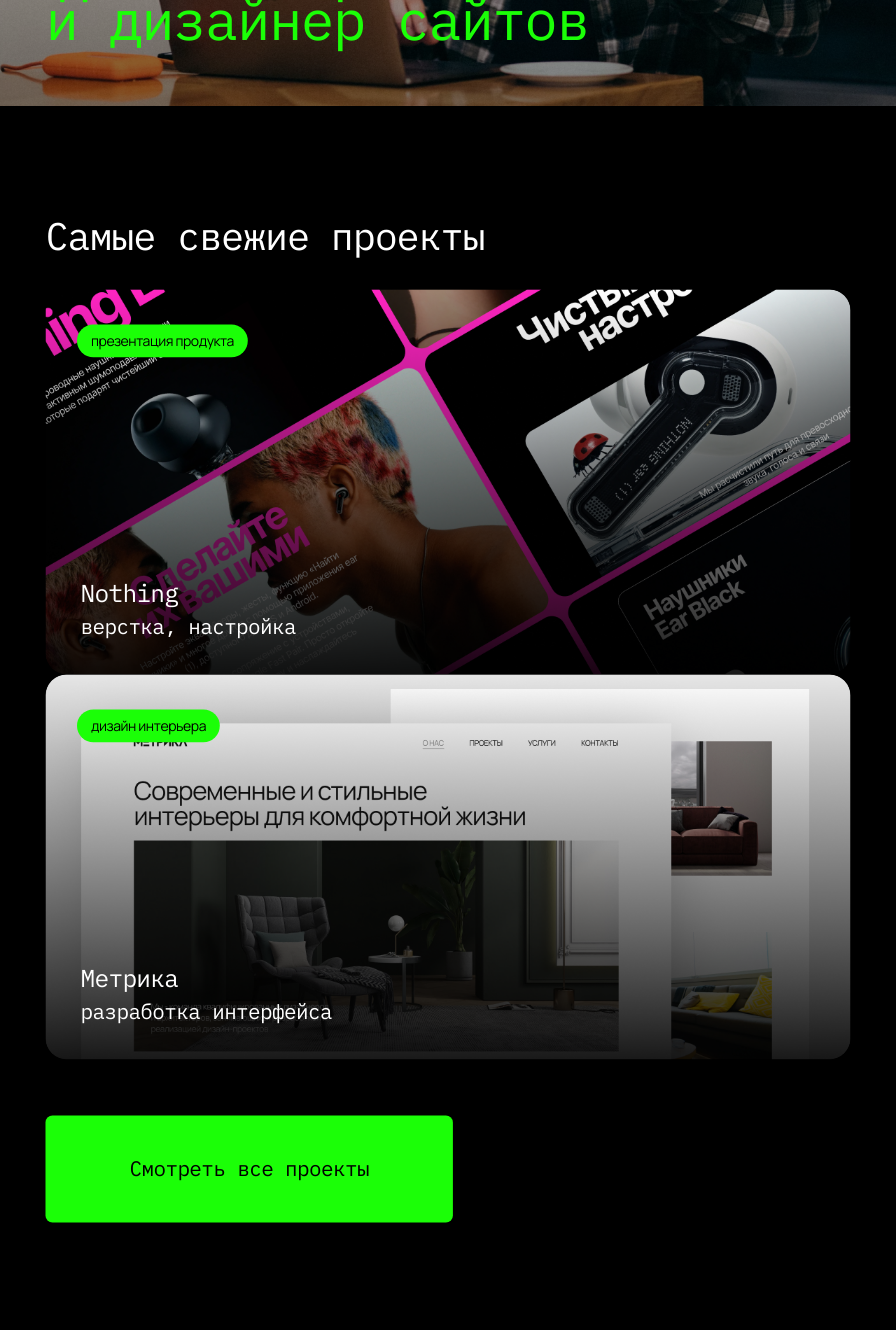
Repository: Huseynov98/portfolio-site
Page: index.html
These files come from the project's save history. The page is drawn as it stood at one moment and after the next save; the edit follows.
The browser window is 1280 px wide. The pictures show the part of the page from y = 568 to 2468 px (the page is 6377 px tall before and 6927 px after), at 70% of full size.
A picture or video elsewhere on the page could not be fetched, so the positions and the page height are approximate.

Above is the page before, as saved 2023-06-24 14:27:12.

### index.html
<!DOCTYPE html>
<html lang="en">
  <head>
    <meta charset="UTF-8" />
    <meta http-equiv="X-UA-Compatible" content="IE=edge" />
    <meta name="viewport" content="width=device-width, initial-scale=1.0" />
    <link rel="preconnect" href="https://fonts.googleapis.com" />
    <link rel="preconnect" href="https://fonts.gstatic.com" crossorigin />
    <link
      href="https://fonts.googleapis.com/css2?family=IBM+Plex+Mono:wght@400;700&display=swap"
      rel="stylesheet"
    />
    <link
      href="https://fonts.googleapis.com/css2?family=Manrope&display=swap"
      rel="stylesheet"
    />
    <link rel="stylesheet" href="styles/styles.css" />
    <link rel="stylesheet" href="styles/reset.css" />
    <title>Portfolio</title>
  </head>
  <body>
    <div class="welcome-block">
          <nav class="bloc-nav">
            <div class="box-logo">
              <a class="logo" href="">Huseynov</a>
            </div>
            <div class="box-link">
              <a class="nav-link" href="#portfolio"> Портфолио </a>
              <a class="nav-link" href="#benefits"> Компетенции </a>
              <a class="nav-link" href="#capability"> УСЛУГИ </a>
              <a class="nav-link" href="#connection"> КОНТАКТЫ </a>
            </div>
            <div class="js-burger-btn burger-btn"></div>
          </nav>
        <div class="box-welcom">
        <p class="text-welcom-block">
          Разрабатываю имиджевые сайты для малого и среднего бизнеса, которые
          повышают престиж компании и позволяют выделиться на фоне конкурентов
        </p>
        <h1 class="title-welcom-block">
          Привет, я Рустам — фронтенд разарботчик и дизайнер сайтов
        </h1>
      </div>
    </div>
    <section  class="portfolio-section">
      <h2 id="portfolio" class="title-portfolio">Самые свежие проекты</h2>
      <ul class="box-portfolio">
        <li class="block-portfolio">
          <a href="https://huseynov98.github.io/nothing-ear/" target="_blank">
            <p class="description-portfolio">презентация продукта</p>
          <img class="img-portfolio" src="resources/nothing-ear.png" alt="" />
          <p class="title-block-portfolio">Nothing</p>
          <p class="text-portfolio">верстка, настройка</p>
        </a>
        </li>
        <li class="block-portfolio">
          <a href="https://huseynov98.github.io/metrica/" target="_blank">
            <p class="description-portfolio">дизайн интерьера</p>
          <img class="img-portfolio" src="resources/metrica.png" alt="" />
          <p class="title-block-portfolio">Метрика</p>
          <p class="text-portfolio">разработка интерфейса</p>
        </a>
        </li>
      </ul>
      <a href="" class="projects-button">
        <p>Смотреть все проекты</p>
      </a>
    </section>
    <section id="benefits" class="section-benefits">
      <h3 class="heading-benefits">Мои компетенции</h3>
      <ul class="box-benefits">
        <li class="block-benefits">
          <div class="enumeration-benefits">
            <picture>
              <source
                media="(max-width: 1199px)"
                srcset="resources/html-phone.png"
              />
              <img src="resources/html.png" alt="" />
            </picture>
          </div>
          <h4 class="subtitle-benefits">HTML и CSS</h4>
          <p class="text-benefits first-text-benefits">
            это основа фронтенд разработки. Умение создавать и правильно
            структурировать HTML-документы, а также применять стили к этим
            документам на CSS, является обязательным навыком для каждого
            фронтенд разработчика.
          </p>
        </li>
        <li class="block-benefits">
          <div class="enumeration-benefits">
            <picture>
              <source
                media="(max-width: 1199px)"
                srcset="resources/js-phone.png"
              />
              <img src="resources/js.png" alt="" />
            </picture>
          </div>
          <h4 class="subtitle-benefits">JavaScript</h4>
          <p class="text-benefits">
            это язык программирования, который используется для создания
            динамического и интерактивного пользовательского интерфейса. Хороший
            фронтенд разработчик должен быть знаком с основами JavaScript,
            включая работу с DOM-деревом, асинхронными запросами и манипуляцией
            данными на стороне клиента.
          </p>
        </li>
        <li class="block-benefits">
          <div class="enumeration-benefits">
            <picture>
              <source
                media="(max-width: 1199px)"
                srcset="resources/phone-phone.png"
              />
              <img src="resources/phone.png" alt="" />
            </picture>
          </div>
          <h4 class="subtitle-benefits third-subtitle-benefits">
            Работа с библиотеками и фреймворками
          </h4>
          <p class="text-benefits">
            фронтенд разработчики должны быть знакомы с различными библиотеками
            и фреймворками, такими как React, Angular, Vue и другими. Умение
            использовать готовые решения, адаптировать их под нужды проекта и
            расширять их функциональность, является очень важным навыком.
          </p>
        </li>
        <li class="block-benefits">
          <div class="enumeration-benefits">
            <picture>
              <source
                media="(max-width: 1199px)"
                srcset="resources/development-phone.png"
              />
              <img src="resources/development.png" alt="" />
            </picture>
          </div>
          <h4 class="subtitle-benefits subtitle-benefits-last">
            Разработка для мобильных устройств и адаптивная верстка
          </h4>
          <p class="text-benefits">
            фронтенд разработчики должны быть знакомы с различными библиотеками
            и фреймворками, такими как React, Angular, Vue и другими. Умение
            использовать готовые решения, адаптировать их под нужды проекта и
            расширять их функциональность, является очень важным навыком.
          </p>
        </li>
      </ul>
    </section>
      <section class="section-capability">
        <p class="capability-heading">Помогаю реализовать широкий спектр задач</p>

          <div id="capability" class="box-capability">
          <picture>
            <source
                media="(max-width: 767px)"
                srcset="resources/full-construction-phone.png"
              />
              <img
              class="capability-img"
              src="resources/full-construction.png"
              alt=""
            />
          </picture>
          <div class="capability">
            <h5 class="heading-box">Разработка сайта под ключ</h5>
            <p>
              Это создание дизайн веб-сайтов, созданный для удобства пользователя и
              решения бизнес-задач Сайты должны быть понятными и удобными, ведь чем
              понятнее сайт, тем быстрее пользователь совершит целевое действие
            </p>
          </div>
          </div>

        <div class="box-capability">
          <picture>
            <source
                media="(max-width: 767px)"
                srcset="resources/layout-phone.png"
              />
              <img class="capability-img" src="resources/layout.png" alt="" />
          </picture>
          <div class="capability">
            <h5 class="heading-box">Верстка сайтов</h5>
            <p>
              Это процесс создания HTML-документов и применения к ним стилей на CSS.
              Фронтенд разработчик может помочь создать привлекательный и удобный
              интерфейс для вашего сайта
            </p>
          </div>
        </div>

        <div class="box-capability">
          <picture>
            <source
                media="(max-width: 767px)"
                srcset="resources/mobile-interfaces-phone.png"
              />
              <img class="capability-img" src="resources/mobile-interfaces.png" alt="" />
          </picture>
          <div class="capability">
            <h5 class="heading-box">Разработка мобильного интерфейса</h5>
            <p>
              Это процесс создания интерактивных элементов на странице с помощью
              JavaScript. Фронтенд разработчик может помочь создать динамический и
              удобный пользовательский интерфейс для вашего сайта или приложения.
            </p>
          </div>
        </div>
      </section>

    <div id="connection" class="connection">
        <div class="drawing"></div>
      <div class="box-connection">
        <p class="connection-title">Для связи со мной заполните простую форму</p>
        <input class="input-connection" type="text" name="name" placeholder="Имя Фамилия">
        <input class="input-connection" type="email" name="email" placeholder="example@mail.com">
        <button class="btn-connection">Отправить</button>
      </div>
    </div>

     <footer class="footer">
      <div class="footer-box">
        <p class="footer-title">Портфолио фротнтенд-разработчика Кирилла Немчицкого</p>
        <div class="footer-links">
          <a class="footer-connection" href="mailto:cirill77556goos@mail.com"
          >mail</a
        >

        <a class="footer-connection" href="https://t.me/KNemch"
          >telegram</a
        >
        <a
          class="footer-connection"
          href="https://www.instagram.com/kirill_niemczyk/?hl=ru"
          >instagram</a
        >
        </div>
    </div>
      <div class="footer-subtext">
        <p class="footer-text">Все права защищены. 2023</p>
        <p class="footer-text">политика обработки данных</p>
      </div>
    </footer>
    <div class="js-burger burger">
      <div class="js-contact__burger burger__contact">
          <nav class="burger-nav">
            <div class="burger-logo-link">
              <a class="burger-logo">NEMCHITSKY</a>
            </div>
              <a class="burger-nav-link nav-link-active" href="#portfolio">портфолио</a>
              <a class="burger-nav-link " href="#benefits">компетенции</a>
              <a class="burger-nav-link " href="#capability">УСЛУГИ</a>
              <a class="burger-nav-link" href="#connection">КОНТАКТЫ</a>
          </nav>
              <div class="burger-contact-box">
                <p id="contact" class="burger-contact-title">для связи:</p>
                <div class="burger-contact">
                 <div class="burger-link">
                    <a class="burger-connection" href="mailto:cirill77556goos@mail.com"
                    >mail</a
                  >
                  <a class="burger-connection" href="https://t.me/KNemch"
                    >telegram</a
                  >
                  <a
                    class="burger-connection"
                    href="https://www.instagram.com/kirill_niemczyk/?hl=ru"
                    >instagram</a
                  >
                 </div>
                </div>
              </div>
      </div>
    </div>
    <script src="burger.js"></script>
  </body>
</html>

### styles/styles.css
@import "welcom-block.css";
@import "portfolio.css";
@import "benefits.css";
@import "capability.css";
@import "connection.css";
@import "footer.css";
@import "nav.css";
@import "burger.css";

html {
  scroll-behavior: smooth;
}
body {
  background-color: black;
  font-family: "IBM Plex Mono", monospace;
  font-family: "Manrope", sans-serif;
}

### styles/welcom-block.css
.welcome-block {
  width: 100%;
  height: 100vh;
  background-size: 100%;
  margin-top: 0 auto;
  background-image: url("../resources/men.png");
  background-size: 100%;
  background-repeat: no-repeat;
  background-position: 50%;
  background-size: cover;
  display: flex;
  flex-direction: column;
  flex-wrap: nowrap;
  justify-content: space-between;
}
.box-welcom {
  width: 1150px;
  margin: 0 auto;
  display: flex;
  flex-direction: column;
  justify-content: flex-end;
  gap: 29px;
  padding-bottom: 94px;
}
.text-welcom-block {
  width: 430px;
  height: 103px;
  left: 125px;
  top: 334px;

  font-family: "IBM Plex Mono";
  font-style: normal;
  font-weight: 400;
  font-size: 20px;
  line-height: 26px;
  letter-spacing: -0.03em;

  color: #ffffff;
}
.title-welcom-block {
  width: 919px;
  height: 205px;
  font-family: "IBM Plex Mono";
  font-style: normal;
  font-weight: 400;
  font-size: 80px;
  line-height: 70px;
  letter-spacing: -0.03em;

  color: #1bff07;
}
@media (max-width: 1199px) {
  .box-welcom {
    width: 100%;
    padding: 0px 0px 60px 10px;
  }
  .title-welcom-block {
    font-size: 60px;
    line-height: 70px;
    width: 727px;
    height: 205px;
  }
}
@media (max-width: 767px) {
  .welcome-block{
    background-image: url("../resources/men-phone.png");
  }
  .box-welcom {
    padding: 0px 12px 60px 10px;
  }
  .text-welcom-block{
    font-size: 15px;
line-height: 20px;
width: 90%;
  }
  .title-welcom-block {
    font-size: 40px;
    line-height: 47px;
    width: 100%;
    height: auto;
  }
}

### styles/benefits.css
.section-benefits {
  width: 1150px;
  margin: 0 auto;
}
.heading-benefits {
  font-family: "IBM Plex Mono";
  font-style: normal;
  font-weight: 400;
  font-size: 55px;
  line-height: 72px;
  margin-bottom: 80px;
  margin-top: 150px;
  letter-spacing: -0.03em;

  color: #ffffff;
}
.box-benefits {
  display: flex;
  flex-wrap: wrap;
  justify-content: space-between;
  row-gap: 40px;
}
.block-benefits {
  width: calc(50% - 5px);
  height: auto;
}
.enumeration-benefits {
  display: flex;
  background: #1bff07;
  border-radius: 10px;
  width: 45px;
  height: 44px;
  margin-left: 2px;

  align-items: center;
  justify-content: center;
}
.enumeration-benefits img {
  background-repeat: no-repeat;
  object-fit: cover;
  object-position: 50%;
}
.subtitle-benefits {
  width: auto;
  margin-top: 15px;
  margin-bottom: 16px;
  font-family: "IBM Plex Mono";
  font-style: normal;
  font-weight: 400;
  font-size: 35px;
  line-height: 46px;
  letter-spacing: -0.03em;
  color: #1bff07;
}

.text-benefits {
  width: 100%;
  font-family: "IBM Plex Mono";
  font-style: normal;
  font-weight: 400;
  font-size: 22px;
  line-height: 29px;
  letter-spacing: -0.03em;
  color: #ffffff;
}
.first-text-benefits {
  width: 535px;
}
.third-subtitle-benefits {
  margin-bottom: 54px;
}
@media (max-width: 1199px) {
  .section-benefits {
    width: 100%;
    padding: 0 13px 0 15px;
  }
  .box-benefits {
    row-gap: 36px;
  }
  .heading-benefits {
    font-size: 45px;
    line-height: 58px;
    margin-bottom: 60px;
  }
  .enumeration-benefits {
    background: #1bff07;
    border-radius: 10px;
    width: 36px;
    height: 36px;
    text-align: center;
    margin-left: 2px;
  }
  .subtitle-benefits {
    font-size: 28px;
    line-height: 36px;
    margin-top: 10px;
    margin-bottom: 13px;
  }
  .text-benefits {
    font-size: 18px;
    line-height: 23px;
  }
  .first-text-benefits {
    width: 95%;
  }
  .third-subtitle-benefits {
    margin-bottom: 46px;
  }
}
@media (max-width: 767px) {
  .box-benefits {
    align-content: flex-start;
    flex-direction: column;
    align-items: flex-start;
    gap: 60px;
  }
  .block-benefits {
    width: 100%;
    height: auto;
  }
  .heading-benefits {
    margin-bottom: 60px;
    margin-top: 100px;
  }
  .subtitle-benefits {
    margin-bottom: 15px;
  }
}

### styles/capability.css
.section-capability {
  width: 1150px;
  margin: 0 auto;
  display: flex;
  flex-direction: column;
  row-gap: 40px;
}
.capability-heading {
  margin-top: 150px;
  margin-bottom: 40px;
  width: 403px;
  height: 92px;
  font-family: "IBM Plex Mono";
  font-style: normal;
  font-weight: 400;
  font-size: 35px;
  line-height: 46px;
  letter-spacing: -0.03em;

  color: #ffffff;
}
.capability-img {
  width: 1150px;
  height: 200px;
  border-radius: 30px;
}
.capability {
  width: 100%;
  height: 283px;
  border-radius: 30px;
  background: #191c19;
  padding: 40px 40px 40px 40px;
  display: flex;
  justify-content: space-between;
}
.heading-box {
  font-family: "IBM Plex Mono";
  font-style: normal;
  font-weight: 400;
  font-size: 55px;
  line-height: 72px;
  width: 490px;
  height: auto;

  letter-spacing: -0.03em;

  color: #1bff07;
}
.box-capability p {
  font-family: "IBM Plex Mono";
  font-style: normal;
  font-weight: 400;
  font-size: 22px;
  line-height: 29px;
  letter-spacing: -0.03em;
  color: #ffffff;
  width: 525px;
  height: 175px;
}
@media (max-width: 1199px) {
  .section-capability {
    width: 100%;
    row-gap: 32px;
    padding: 0 15px 0 15px;
  }
  .capability-heading {
    margin-top: 150px;
    margin-bottom: 28px;
    width: 326px;
    height: 74px;
    font-size: 28.3043px;
    line-height: 37px;
  }
  .capability-img {
    width: 100%;
    height: 162px;
    object-fit: cover;
    object-position: 50%;
  }
  .capability {
    height: 229px;
    padding: 32px;
  }
  .heading-box {
    font-size: 45px;
    line-height: 110%;
    width: calc(50% - 25px);
    height: auto;
  }
  .box-capability p {
    font-size: 18px;
    line-height: 23px;
    width: calc(50% - 10px);
    height: auto;
  }
}
@media (max-width: 767px) {
  .section-capability {
    row-gap: 60px;
    padding: 0 13px 0 12px;
  }
  .capability-heading {
    margin-top: 100px;
    margin-bottom: 0px;
    width: 90%;
    height: auto;
  }
  .capability-img {
    height: 225px;
  }
  .capability {
    width: 100%;
    height: auto;
    padding: 30px 20px 30px 20px;
    flex-direction: column;
    align-items: flex-start;
    row-gap: 15px;
  }
  .heading-box {
    font-size: 35px;
    line-height: 110%;
    width: 95%;
    height: auto;
  }
  .box-capability p {
    font-size: 18px;
    line-height: 23px;
    width: 100%;
    height: auto;
  }
}

### styles/footer.css
.footer {
  width: 100%;
  height: 223px;
  margin: 0 auto;
  background: #ffffff;
  border-radius: 30px 30px 0 0;
}
.footer-box {
  width: 1150px;
  margin: 0 auto;
  display: flex;
  justify-content: space-between;
  padding-top: 76px;
}
.footer-links {
  display: flex;
  gap: 24px;
}
.footer-subtext {
  width: 1150px;
  display: flex;
  margin: 0 auto;
  justify-content: space-between;
  border-radius: 30px 30px 0 0;
}
.footer-title {
  font-family: "Manrope";
  font-style: normal;
  font-weight: 400;
  font-size: 22px;
  line-height: 30px;
  letter-spacing: -0.03em;
  color: #000000;
}

.footer-text {
  font-family: "Manrope";
  font-style: normal;
  font-weight: 400;
  font-size: 20px;
  line-height: 27px;
  letter-spacing: -0.03em;
  margin-top: 66px;
  color: #000000;
  opacity: 0.5;
}
.footer-connection {
  font-family: "Manrope";
  font-style: normal;
  font-weight: 400;
  font-size: 22px;
  line-height: 30px;
  letter-spacing: -0.03em;
  text-decoration: none;
  color: #000000;
}
.footer-connection:hover {
  opacity: 0.5;
}
@media (max-width: 1199px) {
  .footer {
    height: 156px;
  }
  .footer-box {
    width: 100%;
    padding: 51px 40px 0px 40px;
  }
  .footer-links {
    gap: 14px;
  }
  .footer-subtext {
    width: 100%;
    padding: 0px 40px 0px 40px;
  }
  .footer-title {
    font-size: 16px;
    line-height: 22px;
  }
  .footer-text {
    font-size: 14px;
    line-height: 19px;
    margin-top: 43px;
    width: auto;
  }
  .footer-connection {
    font-size: 16px;
    line-height: 22px;
  }
}
@media (max-width: 767px) {
  .footer {
    height: 249px;
  }
  .footer-box {
    flex-direction: column;
    row-gap: 20px;
    padding: 47px 12px 0px 13px;
  }
  .footer-links {
    gap: 13px;
  }
  .footer-subtext {
    padding: 40px 12px 0px 13px;
    flex-direction: column;
    row-gap: 12px;
  }
  .footer-title {
    font-size: 15px;
    line-height: 20px;
  }
  .footer-text {
    font-size: 13px;
    line-height: 18px;
    margin-top: 0px;
    width: auto;
  }
  .footer-connection {
    font-size: 13px;
    line-height: 18px;
  }
}

### styles/nav.css
.bloc-nav{
  margin-top: 100px;
    width: 1150px;
    margin: 0 auto;
    display: flex;
    justify-content: space-between;
    align-items: center;
    padding-top: 36px;
  }
  .box-logo{
    background: #000000;
    border-radius: 100px;
    padding: 5px 15px 5px 15px;
    text-align: center;
  }
  .logo {
    text-decoration: none;
    font-family: "IBM Plex Mono";
    font-style: normal;
    font-weight: 700;
    font-size: 42.4138px;
    line-height: 36px;
    letter-spacing: -0.11em;
    text-transform: uppercase;
    color: #1bff07;
  }
  .box-link{
    display: flex;
    align-items: center;
    gap: 50px;
  }
  .nav-link {
    display: inline-block;
    font-family: "IBM Plex Mono";
    font-style: normal;
    font-weight: 400;
    font-size: 18px;
    line-height: 23px;
    letter-spacing: -0.03em;
    text-transform: lowercase;
    text-decoration: none;
    color: #ffffff;
  }
  .nav-link:hover {
    color: #1bff07;
  }

  @media (max-width: 1199px) {
    .bloc-nav{
      width: 100%;
      padding: 38px 16px 30px 13px;
    }
    .burger-btn{
      display: block;
    }
    .box-link{
      display: none;
    }
  }
  @media (max-width: 767px) {
    .box-logo{
      padding: 5px 15px 5px 15px;
    }
    .logo{
      font-size: 36px;
    }
  }

Loaded but not shown: styles/reset.css (common file); burger.js (24 lines, source omitted); styles/portfolio.css (178 lines, source omitted); styles/connection.css (153 lines, source omitted); styles/burger.css (128 lines, source omitted)

After the next save:
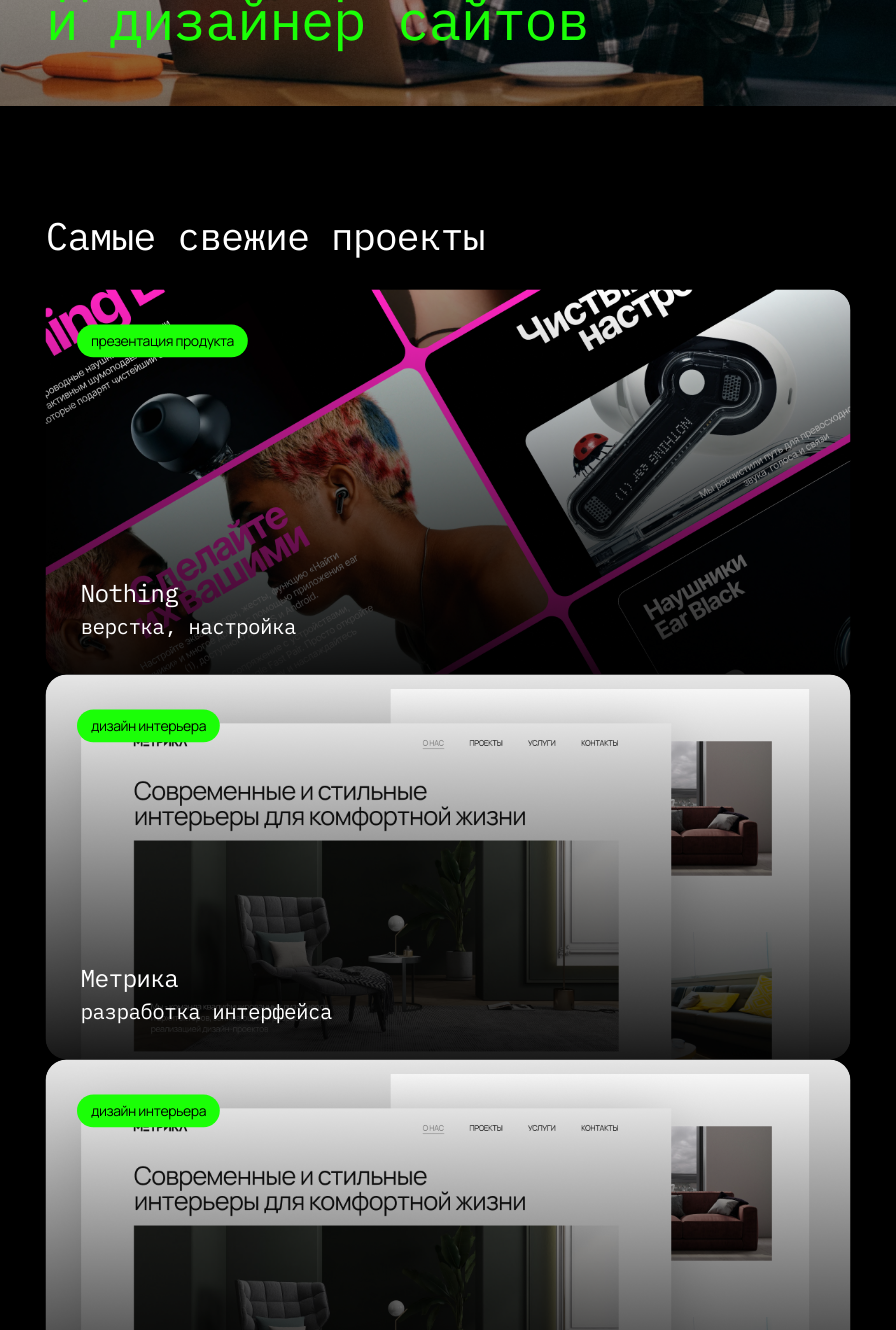
Saved 47 s later.
--- a/index.html
+++ b/index.html
@@ -61,6 +61,14 @@
           <p class="text-portfolio">разработка интерфейса</p>
         </a>
         </li>
+        <li class="block-portfolio">
+          <a href="https://huseynov98.github.io/metrica/" target="_blank">
+            <p class="description-portfolio">дизайн интерьера</p>
+          <img class="img-portfolio" src="resources/metrica.png" alt="" />
+          <p class="title-block-portfolio">Метрика</p>
+          <p class="text-portfolio">разработка интерфейса</p>
+        </a>
+        </li>
       </ul>
       <a href="" class="projects-button">
         <p>Смотреть все проекты</p>
